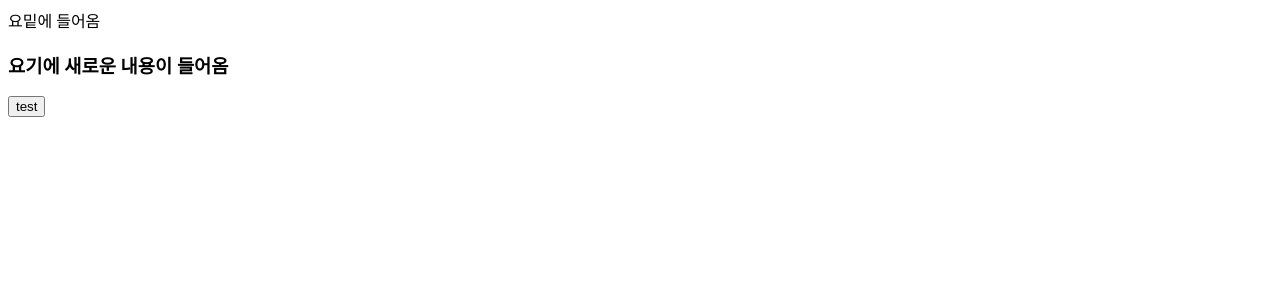
Repository: silenttemplar/java_start_project
Page: http://localhost/Ajax_exam2/test.jsp
An editor plug-in stored every save of this project. The page is shown before and after the next save, followed by the edit.
The browser window is 1280 px wide. The pictures show the whole page.
The page is served by Tomcat 9. Other server files are loaded and not shown.

Above is the page before, as saved 2014-08-22 08:08:44.

### hansung_ee_2014/Ajax_exam2/WebContent/test.jsp
<%@ page language="java" contentType="text/html; charset=utf-8"
    pageEncoding="utf-8"%>
<!DOCTYPE html PUBLIC "-//W3C//DTD HTML 4.01 Transitional//EN" "http://www.w3.org/TR/html4/loose.dtd">
<html>
<head>
<meta http-equiv="Content-Type" content="text/html; charset=utf-8">
<title>Ajax Test page - vol.1</title>
<script src="scripts/test.js" type="text/javascript"></script>
</head>
<body>
 요밑에 들어옴


 <div id="content">
     <h3>요기에 새로운 내용이 들어옴</h3>
  </div>

<input type="button" value="test" onclick="test()">

</body>
</html>

### hansung_ee_2014/Ajax_exam2/WebContent/scripts/test.js
function createRequest() {
  try {
    request = new XMLHttpRequest();
  } catch (tryMS) {
    try {
      request = new ActiveXObject("Msxml2.XMLHTTP");
    } catch (otherMS) {
      try {
        request = new ActiveXObject("Microsoft.XMLHTTP");
      } catch (failed) {
        request = null;
      }
    }
  }
  return request;
}

function test() {
	  request = createRequest();
	  if (request == null)
	    alert("Unable to create request");
	  else {
	    var url= "result.jsp";
	    request.onreadystatechange = showTable;
	    request.open("GET", url, true);
	    request.send(null);
	  }
	}

	function showTable() {
	  if (request.readyState == 4) {
	    if (request.status == 200) {
	    	alert("결과 출력");
	    	var contentPane = document.getElementById("content");
	    	  contentPane.innerHTML = request.responseText;
	    }
	  }
	}

After the next save:
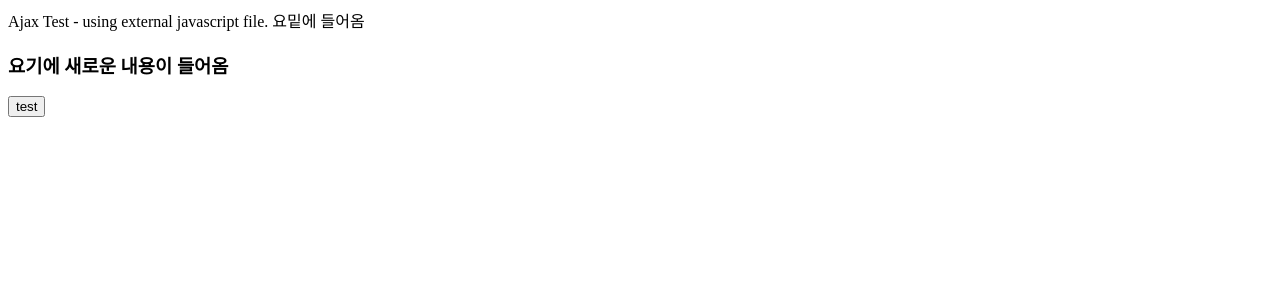
Saved 50 s later.
--- a/hansung_ee_2014/Ajax_exam2/WebContent/test.jsp
+++ b/hansung_ee_2014/Ajax_exam2/WebContent/test.jsp
@@ -8,8 +8,8 @@
 <script src="scripts/test.js" type="text/javascript"></script>
 </head>
 <body>
+Ajax Test - using external javascript file.
  요밑에 들어옴
-
 
  <div id="content">
      <h3>요기에 새로운 내용이 들어옴</h3>
